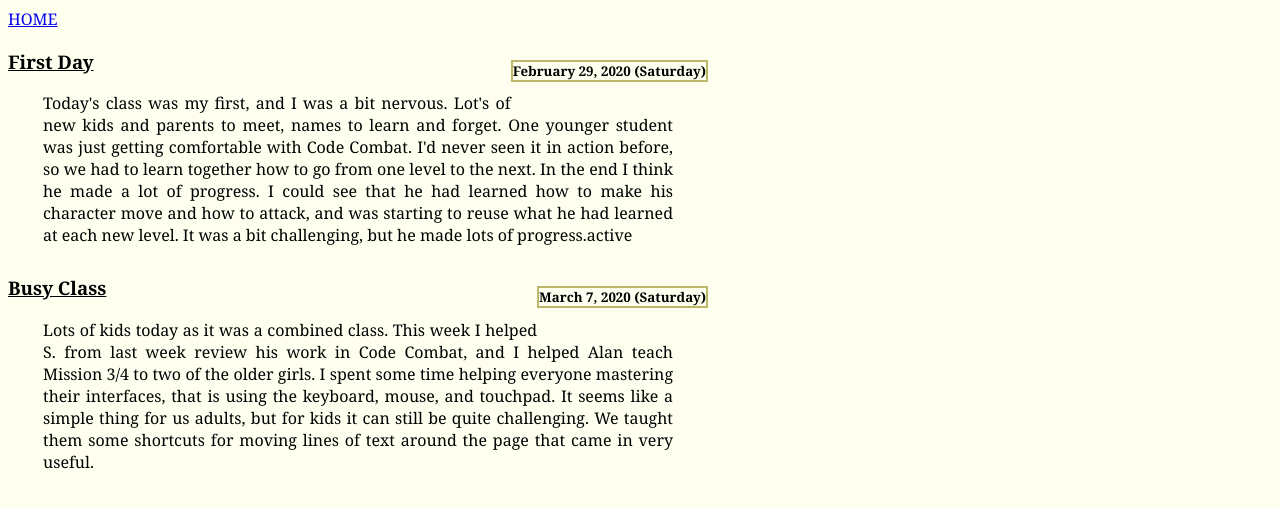
Repository: chocochocosensei/Mission-Exercises
Page: Page1/index.html
An editor plug-in stored every save of this project. The page is shown before and after the next save, followed by the edit.
The browser window is 1280 px wide. The pictures show the whole page.

Above is the page before, as saved 2020-03-11 04:11:49.

After the next save:
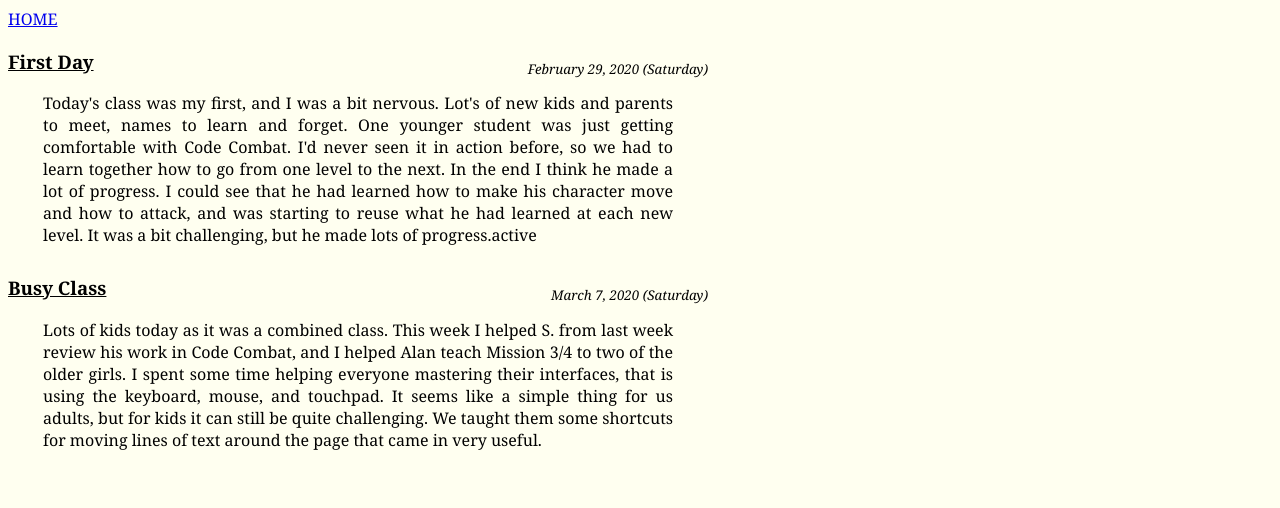
Saved 90 s later.
--- a/style.css
+++ b/style.css
@@ -13,8 +13,9 @@ body {
     text-align: right;
     float: right;
     width: auto;
-    border: 2pt solid darkkhaki;
     z-index: 100;
+    font-weight: lighter;
+    font-style: italic;
 }
 
 .section-activity {
